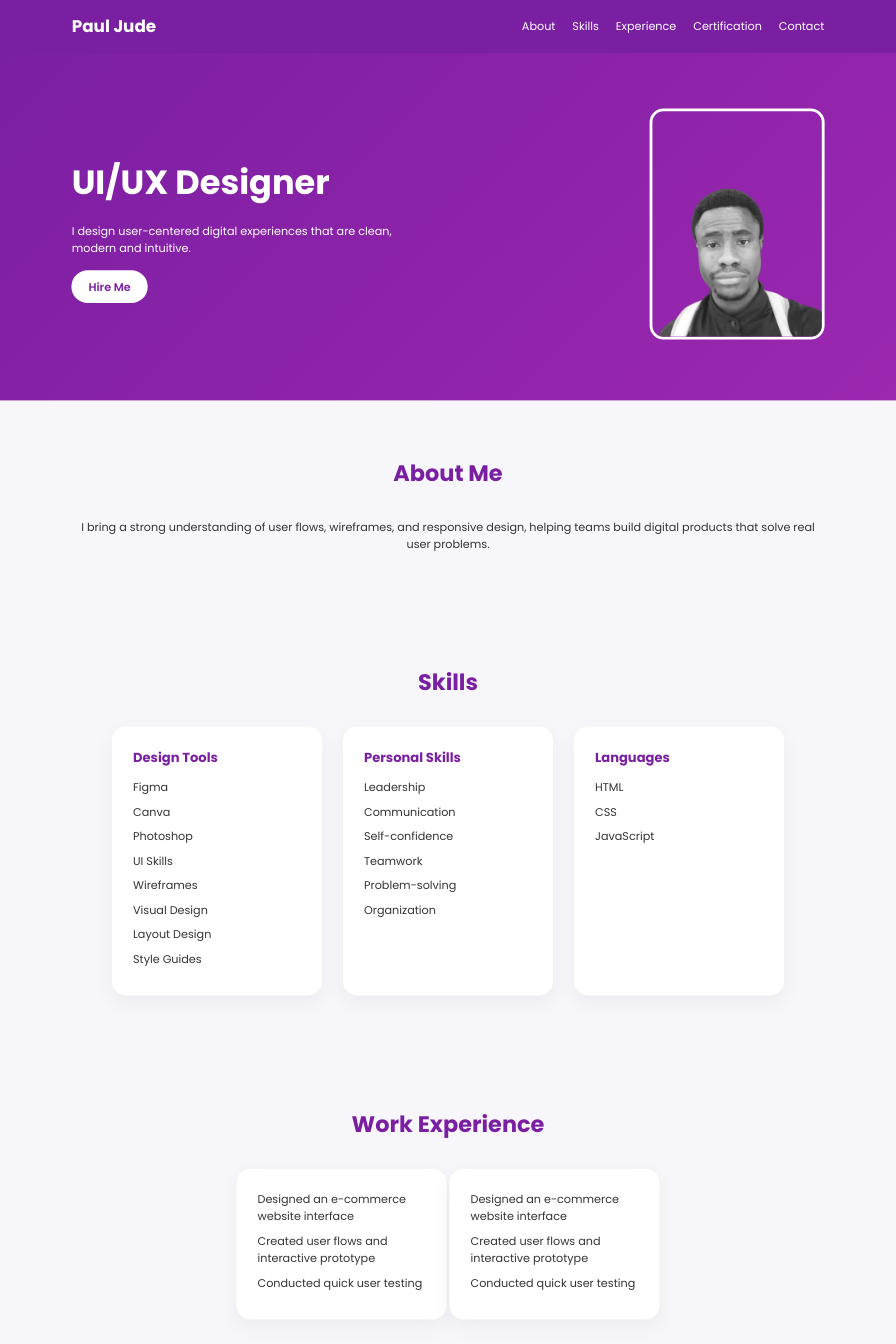
Repository: Paulo-930/UI-UX-Portfolio
Page: index.html
The author's editor kept a copy of each file at every save. The page is drawn from the files as they stood at one save, then again after a run of saves.
The browser window is 1280 px wide. The pictures show the part of the page from y = 0 to 1920 px (the page is 2661 px tall), at 70% of full size.

Above is the page before, as saved 2026-02-23 11:15:49.

After the next 4 saves:
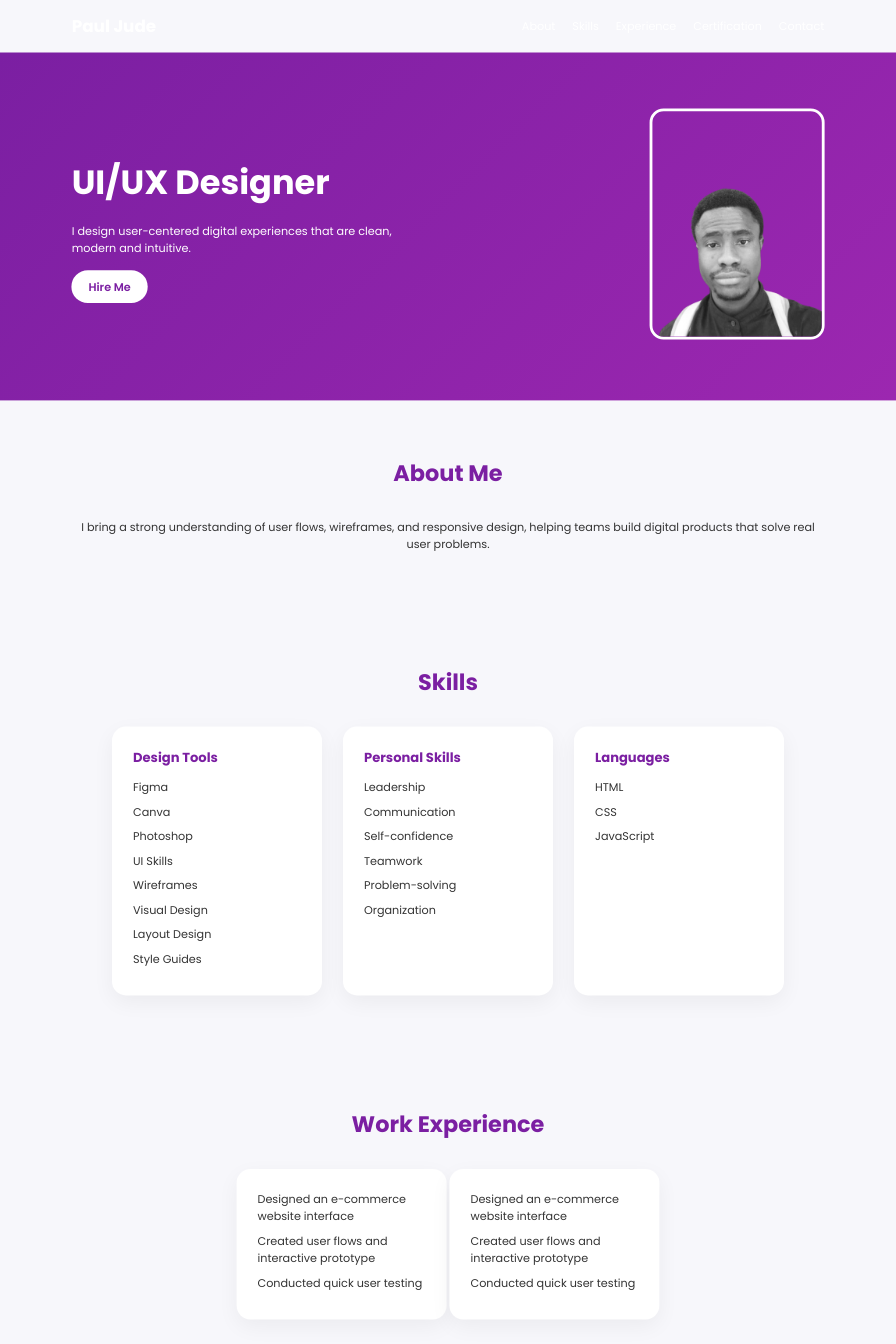
The 4 saves are shown as one change because they came seconds apart.
The last was saved 54 s later.
--- a/style.css
+++ b/style.css
@@ -17,7 +17,7 @@
   justify-content: space-between;
   align-items: center;
   padding: 20px 8%;
-  background: #7b1fa2;
+  background: #7b1fa2 opacity(0.9);
   color: white;
   position: sticky;
   top: 0;
